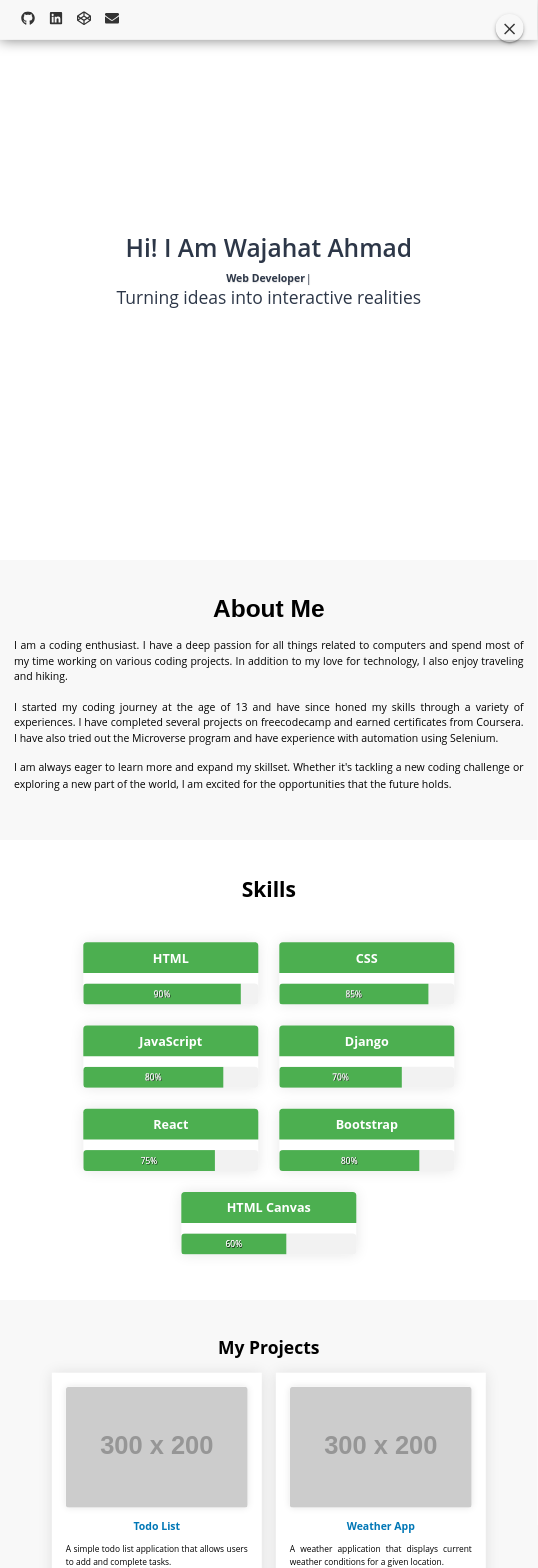
Repository: WajahatKanju/wajahatkanju.github.io
Page: /
The author's editor kept a copy of each file at every save. The page is drawn from the files as they stood at one save, then again after the next save.
The browser window is 768 px wide. The pictures show the part of the page from y = 0 to 2240 px (the page is 3532 px tall), at 70% of full size.
The project was rebuilt for these pictures with package versions that can differ from the ones it lists, and the page was loaded fresh each time. Also part of the build but not shown: vite.config.js.

Above is the page before, as saved 2023-05-06 11:32:42.

After the next save:
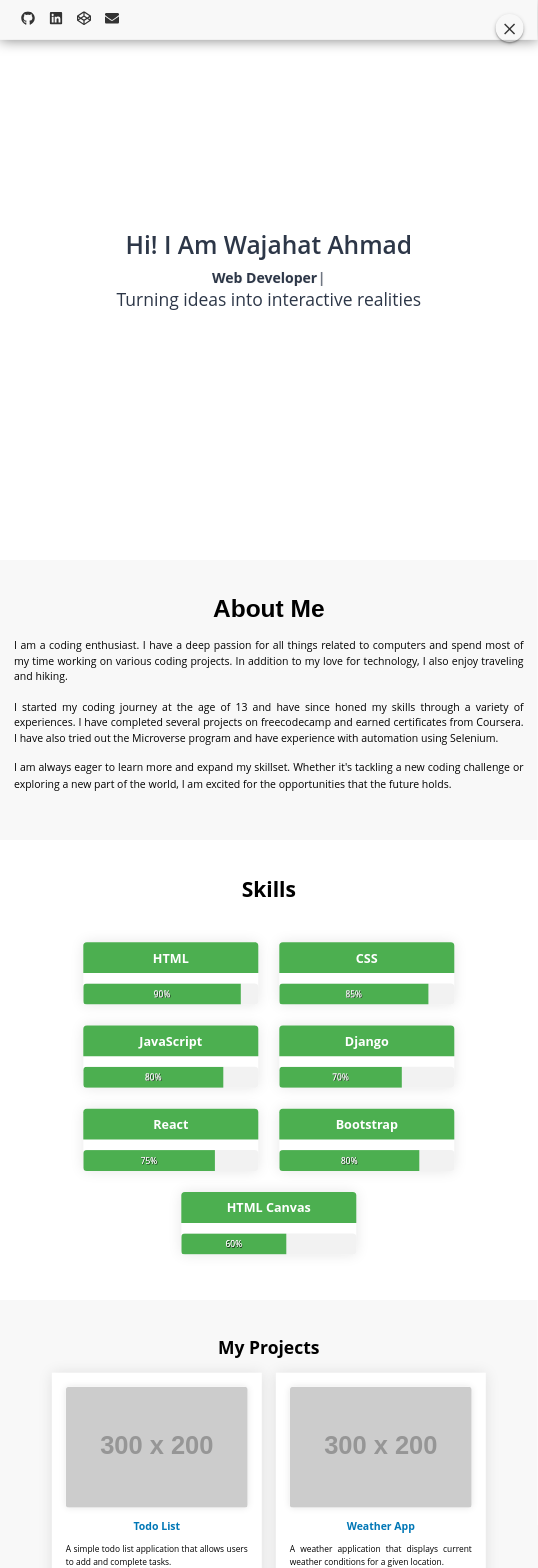
Saved 8 s later.
--- a/src/styles/Header.scss
+++ b/src/styles/Header.scss
@@ -80,7 +80,7 @@
 
       #typewriter {
         text-align: center;
-        font-size: 1.5rem;
+        font-size: 2rem;
       }
     }
 
